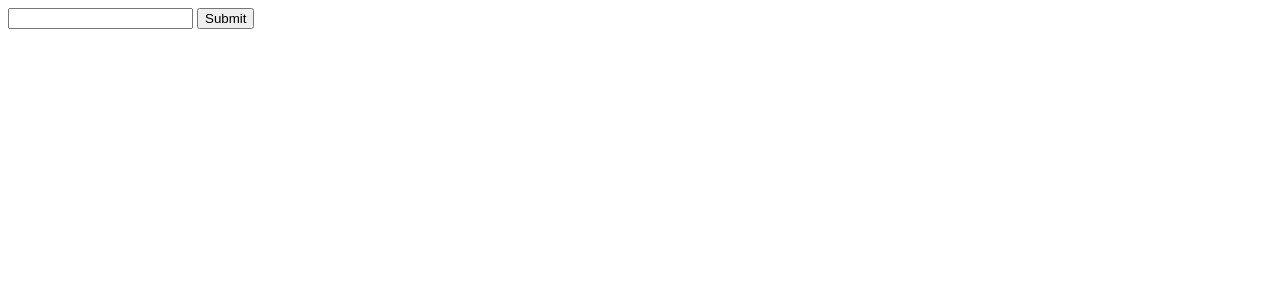
Repository: Ujjwal-Singh21/JSP-SERVLET-PROJECTS
Page: JspServletProject/WebContent/index.html
The author's editor kept a copy of each file at every save. The page is drawn from the files as they stood at one save, then again after the next save.
The browser window is 1280 px wide. The pictures show the whole page.

Above is the page before, as saved 2023-03-09 06:07:57.

After the next save:
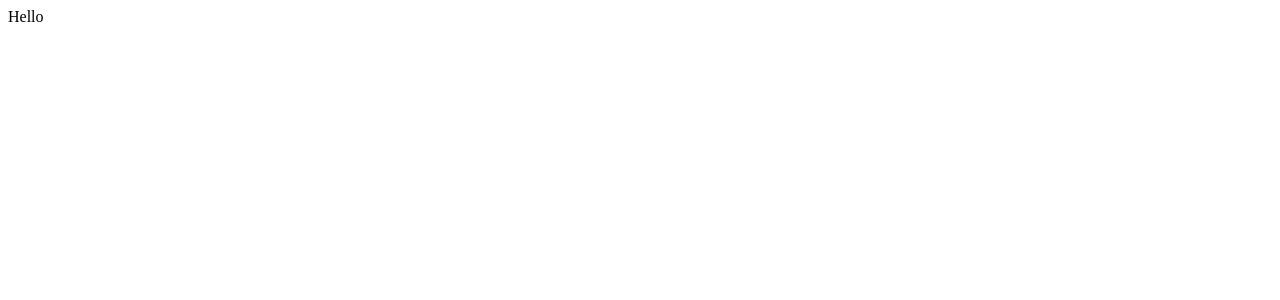
Saved 81 s later.
--- a/JspServletProject/WebContent/index.html
+++ b/JspServletProject/WebContent/index.html
@@ -5,9 +5,10 @@
 <title>Insert title here</title>
 </head>
 <body>
-   <form action="add">
+  <!--  <form action="add">
       <input type="text" name="aname"/>
       <input type="submit"/>
-   </form>
+   </form> -->
+   Hello
 </body>
 </html>

After the save that followed:
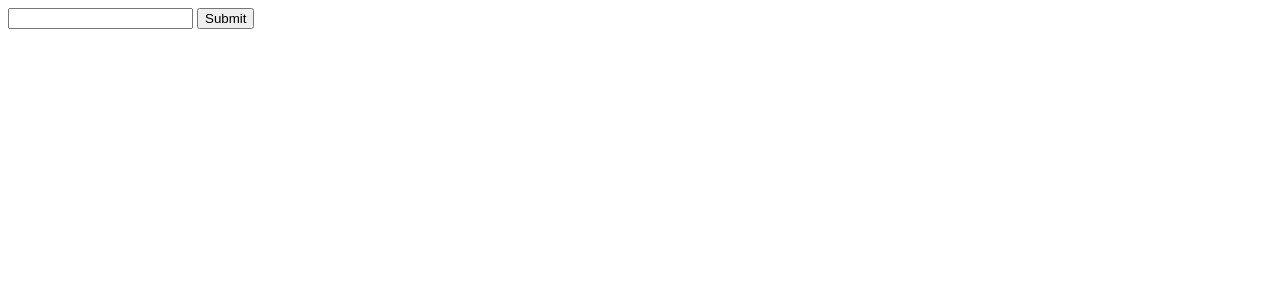
Saved 8 min 1 s later.
--- a/JspServletProject/WebContent/index.html
+++ b/JspServletProject/WebContent/index.html
@@ -5,10 +5,9 @@
 <title>Insert title here</title>
 </head>
 <body>
-  <!--  <form action="add">
+   <form action="add">
       <input type="text" name="aname"/>
       <input type="submit"/>
-   </form> -->
-   Hello
+   </form>
 </body>
 </html>
